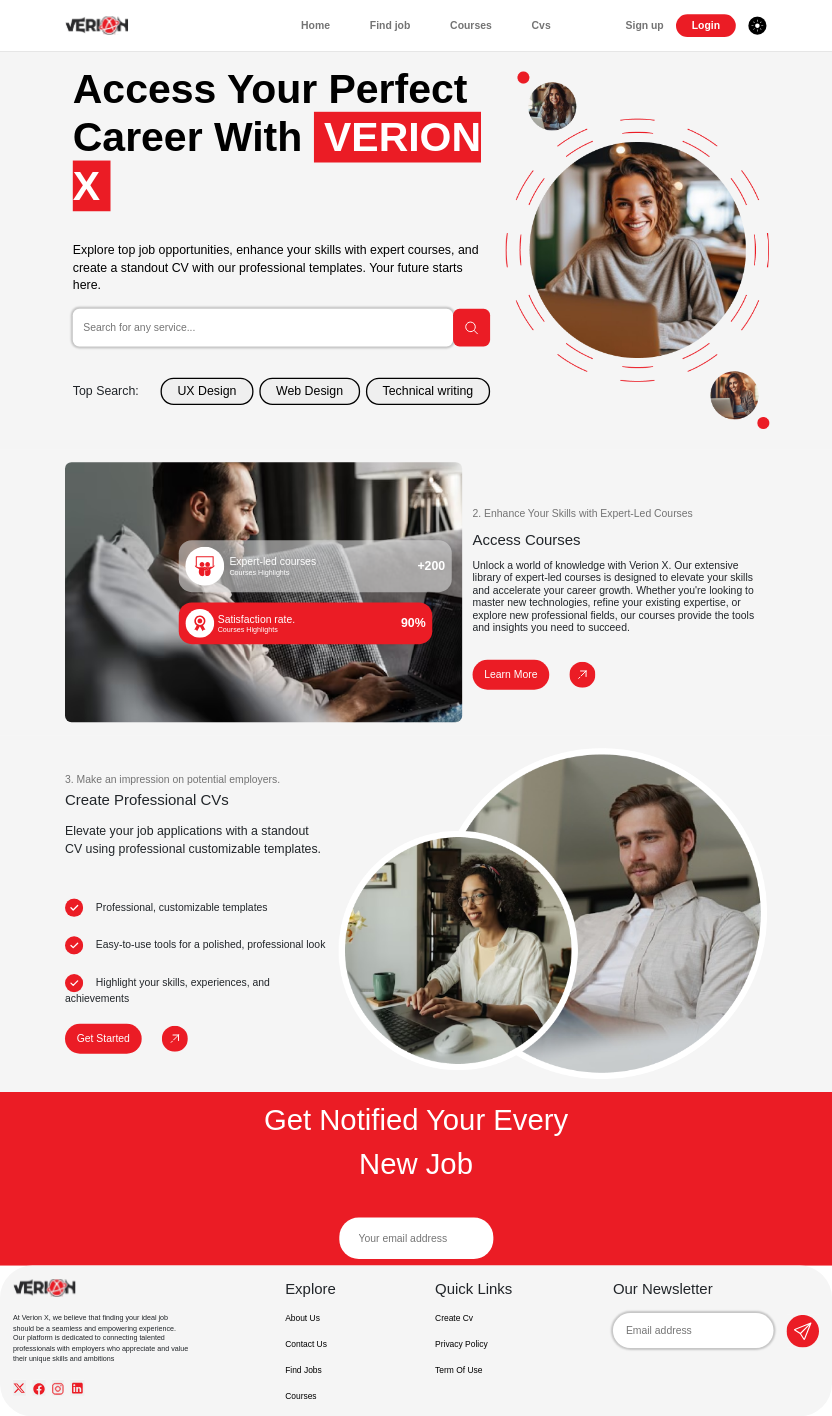
Repository: SahMenz/verionX
Page: /
These files come from the project's save history. The page is drawn as it stood at one moment and after the next save; the edit follows.
The browser window is 1280 px wide. The pictures show the whole page, at 65% of full size.
The project was rebuilt for these pictures with package versions that can differ from the ones it lists, and the page was loaded fresh each time. Also part of the build but not shown: vite.config.js.

Above is the page before, as saved 2024-06-16 17:42:11.

### src/App.jsx
import './App.css'
import Home from './components/home/home'
import 'bootstrap/dist/css/bootstrap.min.css';

function App() {

  return (
    <>
      <div>
          <Home />
      </div>
    </>
  )
}

export default App

### src/index.css
button{
    outline: none;
    border: none;
  }

  input{
    border: none;
    outline: none;
}

### src/App.css
*, *::before, *::after{
  padding: 0px;
  margin: 0px;
  box-sizing: border-box;
  font-family: "Rubik", sans-serif;
}

/* BACKGROUND COLORS */

.bg-f5{
  background-color: #F5F5F5;
}
.bg-eb{
  background-color: #EB1C25;
}
.bg-ff{
  background-color: #fff;
}
.bg-d9{
  background-color: #D9D9D9;
}
.bg-00{
  background-color: #000;
}


/* FONT SIZES */

.txt-11{
  font-size: 11px;
}
.txt-13{
  font-size: 13px;
}
.txt-16{
  font-size: 16px;
}
.txt-19{
  font-size: 19px;
}
.txt-23{
  font-size: 23px;
}
.txt-45{
  font-size: 45px;
}
.txt-63{
  font-size: 63px;
}


/* TEXT COLOR */

.txt-eb{
  color:#EB1C25
}
.txt-f3{
  color: #737373
}
.txt-ff{
  color:#fff
}
.txt-00{
  color: #000;
}


/* FONT WEIGHT */

.fw-400{
  font-weight: 400;
}
.fw-500{
  font-weight: 500;
}
.fw-600{
  font-weight: 600;
}


/* LINE HEIGHT */

.lh-19{
  line-height: 19.2px;
}
.lh-75{
  line-height: 55.6px;
}
.lh-26{
  line-height: 26.38px;
}
.lh-22{
  line-height: 22.8px;
}
.lh-27{
  line-height: 27.6px;
}
.lh-15{
  line-height: 15.89px;
}
.lh-13{
  line-height: 13.2px;
}
.lh-54{
  line-height: 54px;
}
.lh-34{
  line-height: 34.5px;
}
.lh-67{
  line-height: 67.5px;
}
.lh-32{
  line-height: 32.2px;
}
.lh-18{
  line-height: 18.96px;
}

### src/components/home/home.jsx
import Footer from "../footer/footer"
import Navigation from "../navigation/navigation"
import AccessCourses from "./accessCourses/accessCourses"
import CreateProfessionalCv from "./createProfessionalCv/createProfessionalCv"
import GetNotified from "./getNotified/getNotified"
import Hero from "./hero/hero"

function Home() {
  return (
    <div >
        <Navigation />
        <Hero />
        <AccessCourses />
        <CreateProfessionalCv />
        <GetNotified />
        <Footer />
    </div>
  )
}

export default Home

### src/components/footer/footer.jsx
import logo from '../../assets/images/logo.svg';
import CustomSvg from '../customSvg/customSvg';
import './footer.css';

function Footer() {
  return (
    <div className='d-flex bg-f5 justify-content-between footerGeneral gap-5' style={{borderRadius:"50px"}}>
        <div className='d-flex flex-column' style={{width:"272px", height:"166px"}}>
            <img  src={logo} style={{width:"97.2px"}}/>
            <div className='fw-400 lh-15 txt-11 py-4'>
                At Verion X, we believe that finding your ideal job should be a
                seamless and empowering experience. Our platform is dedicated to connecting talented
                professionals with employers who appreciate and value their unique skills and ambitions
            </div>
            <div className='d-flex align-items-center justify-content-between' style={{width:"110px"}}>
                <button><CustomSvg name="x"/></button>
                <button><CustomSvg name="facebook"/></button>
                <button><CustomSvg name="insta"/></button>
                <button><CustomSvg name="linkedin"/></button>
            </div>
        </div>
        <div className='d-flex flex-column justify-content-between' style={{width:"84px", height:"192px"}}>
            <div className='fw-500 txt-23 lh-32'>Explore</div>
            <a href="#" className='txt-00 fw-400 txt-13 lh-18 text-decoration-none'>About Us</a>
            <a href="#" className='txt-00 fw-400 txt-13 lh-18 text-decoration-none'>Contact Us</a>
            <a href="#" className='txt-00 fw-400 txt-13 lh-18 text-decoration-none'>Find Jobs</a>
            <a href="#" className='txt-00 fw-400 txt-13 lh-18 text-decoration-none'>Courses</a>
        </div>
        <div className='d-flex flex-column justify-content-between' style={{width:"127px", height:"152px"}}>
            <div className='fw-500 txt-23 lh-32'>Quick Links</div>
            <a href="#" className='txt-00 fw-400 txt-13 lh-18 text-decoration-none'>Create Cv</a>
            <a href="#" className='txt-00 fw-400 txt-13 lh-18 text-decoration-none'>Privacy Policy</a>
            <a href="#" className='txt-00 fw-400 txt-13 lh-18 text-decoration-none'>Term Of Use</a>
        </div>
        <div className='d-flex flex-column justify-content-between' style={{height:"107px"}}>
            <div className='fw-500 txt-23 lh-32'>Our Newsletter</div>
            <div>
                <input  type='text' placeholder='Email address' style={{marginRight:"20px",borderRadius:"30px", padding:"15px 20px", boxShadow: "0px 0px 3px 3px rgba(0, 0, 0, 0.2)"}}/>
                <button className='bg-f5'><CustomSvg name="telegram"/></button>
            </div>
        </div>
    </div>
  )
}

export default Footer

### src/components/navigation/navigation.jsx
import logo from '../../assets/images/logo.svg'
import CustomSvg from '../customSvg/customSvg'
import './navigation.css'


function Navigation() {

  return (
    <div className="d-flex justify-content-between navContainer">
        <img src={logo} alt="" />
        <div className='d-none d-lg-flex navigationLink justify-content-between align-items-center'>
          <div className='d-flex justify-content-between align-items-center links'>
            <a href="#" className='small-txt lh-19 fw-600 text-decoration-none txt-f3'>Home</a>
            <a href="#" className='small-txt lh-19 fw-600 text-decoration-none txt-f3'>Find job</a>
            <a href="#" className='small-txt lh-19 fw-600 text-decoration-none txt-f3'>Courses</a>
            <a href="#" className='small-txt lh-19 fw-600 text-decoration-none txt-f3'>Cvs</a>
          </div>
          <div className='d-flex justify-content-between align-items-center switchmode'>
            <a href="#" className='small-txt lh-19 fw-600 text-decoration-none txt-f3'>Sign up</a>
            <a href="#" className='small-txt lh-19 fw-600 text-decoration-none txt-ff bg-eb px-4 py-2 rounded-5'>Login</a>
            <button className='bg-ff'><CustomSvg name="switchModes"/></button>
          </div>
        </div>
        <div className=' d-lg-none cursor-pointer' style={{width: "40px", height: "40px", display: 'flex', flexDirection: 'column', alignItems: "center", justifyContent: "center", gap: "5px"}}>
          <div style={{width : "30px", height:"3px", backgroundColor : 'black' }}></div>
          <div style={{width : "30px", height:"3px", backgroundColor : 'black' }}></div>
          <div style={{width : "30px", height:"3px", backgroundColor : 'black' }}></div>
        </div>
    </div>
  )
}

export default Navigation

### src/components/home/accessCourses/accessCourses.jsx
import CustomSvg from "../../customSvg/customSvg";
import './accessCourses.css';

function AccessCourses() {
  return (
    <div className="d-flex flex-column bg-f5 flex-xl-row accessGeneral  align-items-center">
        <div className="manPressingLaptop" style={{maxWidth:"611px", position:"relative"}}>
            <div className="imagetext d-none d-lg-block" style={{position:"absolute"}}>
                <div className="d-flex align-items-center opacebackground justify-content-between mb-3" style={{padding:"10px", borderRadius:"20px", maxWidth:"455px"}}>
                    <CustomSvg name="expertLedCourses"/>
                    <div className="d-flex ps-2 justify-content-between align-items-center" style={{width:"340px"}}>
                        <div className="d-flex flex-column" >
                            <div className="txt-ff fw-500 txt-16 lh-19">Expert-led courses</div>
                            <div className="txt-11 txt-ff fw-500 lh-13">Courses Highlights</div>
                        </div>
                        <div className="fw-600 txt-19 lh-22 txt-ff">+200</div>
                    </div>
                </div>
                <div className="bg-eb d-flex align-items-center justify-content-between" style={{padding:"10px", borderRadius:"20px", maxWidth:"390px"}}>
                    <CustomSvg name="satisfactionrate"/>
                    <div className="d-flex justify-content-between align-items-center" style={{width:"320px"}}>
                        <div className="d-flex flex-column" >
                            <div className="txt-ff fw-500 txt-16 lh-19">Satisfaction rate.</div>
                            <div className="txt-11 txt-ff fw-500 lh-13">Courses Highlights</div>
                        </div>
                        <div className="fw-600 txt-19 lh-22 txt-ff">90%</div>
                    </div>
                </div>
            </div>
        </div>
        <div className=" ms-xl-3"  style={{maxWidth:"576px"}}>
            <p className="txt-f3 fw-500 lh-19 enhance" style={{maxWidth:"370px"}}>2. Enhance Your Skills with Expert-Led Courses</p>
            <p className="fw-500 lh-27 access" style={{maxWidth:"300px"}}>Access Courses</p>
            <p className="fw-400 lh-19 pb-4 unlock" style={{maxWidth:"576px"}}>
                Unlock a world of knowledge with Verion X. Our extensive library of expert-led courses is designed to elevate your skills and accelerate your career growth. Whether you&apos;re looking to master new technologies, refine your existing expertise, or explore new professional fields, our courses provide the tools and insights you need to succeed.
            </p>
            <div className="d-flex align-items-center justify-content-between" style={{width:"189px"}}>
                <button className="bg-eb txt-ff" style={{padding:"11px 18px", borderRadius:"30px"}}>Learn More</button>
                <CustomSvg name="arrowTopRight" className=""/>
            </div>
        </div>
    </div>
  )
}

export default AccessCourses

### src/components/home/createProfessionalCv/createProfessionalCv.jsx
import createProfessionalImage from '../../../assets/images/createProfessionalImage.png';
import CustomSvg from '../../customSvg/customSvg';
import './createProfessionalCv.css';

function CreateProfessionalCv() {
  return (
    <div className='d-flex flex-column createGeneral bg-f5 flex-xl-row align-items-center'>
        <div style={{maxWidth:"507px"}}>
            <div className='fw-500 lh-19 txt-16 txt-f3 adjustText' style={{margin:"0px 0px 8px 0px"}}>3. Make an impression on potential employers.</div>
            <div className='fw-500 lh-27 txt-23 adjust23' style={{margin:"0px 0px 20px 0px"}}>Create Professional CVs</div>
            <div className='fw-400 txt-19 lh-23 adjust19' style={{margin:"0px 0px 60px 0px"}}>Elevate your job applications with a standout CV using professional customizable templates.</div>
            <div className='fw-400 txt-16 lh-19 adjustText' style={{marginBottom:"29px"}}><CustomSvg name="createProfessionalTick"/> <span style={{marginLeft:"15px"}}>Professional, customizable templates</span></div>
            <div className='fw-400 txt-16 lh-19 adjustText' style={{marginBottom:"29px"}}><CustomSvg name="createProfessionalTick"/> <span style={{marginLeft:"15px"}}>Easy-to-use tools for a polished, professional look</span></div>
            <div className='fw-400 txt-16 lh-19 adjustText' style={{marginBottom:"29px"}}><CustomSvg name="createProfessionalTick"/> <span style={{marginLeft:"15px"}}>Highlight your skills, experiences, and achievements</span></div>
            <div className="d-flex align-items-center justify-content-between" style={{width:"189px"}}>
                <button className="bg-eb txt-ff" style={{padding:"11px 18px", borderRadius:"30px"}}>Get Started</button>
                <CustomSvg name="arrowTopRight" className=""/>
            </div>
        </div>
        <img src={createProfessionalImage} className='mt-5 mt-xl-0 mixedImage ms-xl-3' style={{maxWidth:"659px"}}/>
    </div>
  )
}

export default CreateProfessionalCv

### src/components/home/getNotified/getNotified.jsx
import './getNotified.css';

function GetNotified() {
  return (
    <div>
        <div className="bg-eb d-flex flex-column justify-content-between getGeneral text-center">
            <div className="fw-500 txt-ff txt-45 xl-lh-54 getNotified text-center">Get Notified Your Every New Job </div>
            <input type="text" placeholder="Your email address" className='inputText mt-5' style={{borderRadius:"30px", padding:"20px 0px 20px 30px", maxWidth:"652px"}}/>
        </div>
        <div></div>
    </div>
  )
}

export default GetNotified

### src/components/home/hero/hero.jsx
import accesYourPerfectImage from '../../../assets/images/accesYourPerfectImage.png';
import CustomSvg from '../../customSvg/customSvg';
import './hero.css';

function Hero() {
  return (
    <div className='bg-f5 heroGeneral d-flex flex-column flex-xl-row justify-content-center justify-content-between align-items-center' style={{}}>
        <div style={{maxWidth:"733px"}} className=' textcontainer mb-5 mx-xxl-1 px-xxl-0 d-flex flex-column container '>
            <div className='txt-63 lh-75 txt-ff fw-600 txt-00 largeTxt mb-5' >Access Your Perfect Career With <span className='bg-eb fw-600 txt-ff py-1 px-3'>VERION X</span></div>
            <div className='txt-00 lh-26 mb-4 exploretxt' style={{maxWidth:"630px"}}>
                Explore top job opportunities, enhance your skills with expert courses, and create a standout CV with our professional templates. Your future starts here.
            </div>
            <div className="d-flex">
                <input type="text" className='p-3 container mb-xl-5' placeholder="Search for any service..."  style={{borderRadius:"10px", boxShadow: "0px 0px 3px 3px rgba(0, 0, 0, 0.2)"}} />
                <button className="bg-eb p-3 mb-xl-5" style={{borderRadius:"10px", border:"none"}}><CustomSvg name="search"/></button>
            </div>
            <div className='d-none d-xl-flex align-items-center justify-content-between'style={{width:"642px"}} >
                <div className='txt-19 lh-26 txt-500'>Top Search:</div>
                <div className='d-flex align-items-center justify-content-between' style={{width:"507px"}}>
                    <button style={{borderRadius:"20px",border: "2px solid black"}}><div className='px-4 py-2 txt-19 lh-22 txt-500'>UX Design</div></button>
                    <button style={{borderRadius:"20px",border: "2px solid black"}}><div className='px-4 py-2 txt-19 lh-22 txt-500'>Web Design</div></button>
                    <button style={{borderRadius:"20px",border: "2px solid black"}}><div className='px-4 py-2 txt-19 lh-22 txt-500'>Technical writing</div></button>
                </div>
            </div>
        </div>
        <img src={accesYourPerfectImage} className='container mx-xxl-1 px-xxl-0' style={{Width:"65vw", maxWidth:"430px"}} alt="three images" />
    </div>
  )
}

export default Hero

### src/components/footer/footer.css
.footerGeneral{
    padding: 20px 20px;
    flex-wrap: wrap
}

@media (min-width:1400px){
    .footerGeneral{
        padding: 64px 109px
    }
}

### src/components/navigation/navigation.css
.navContainer{
    padding: 22px 100px;
    box-shadow: 0px 10px 10px 10px rgba(0, 0, 0, 0.2);
}

.navigationLink{
    width: 56vw;
    min-width: 600px;
    max-width: 888px;
}
.links{
    width: 30vw;
    min-width: 300px;
    max-width: 482px;
}
.switchmode{
    width: 17vw;
    min-width: 200px;
    max-width: 254px;
}
@media screen and (min-width:325px) and (max-width:988px) {
    .navContainer{
        padding: 18px 60px;
    }
}

### src/components/home/accessCourses/accessCourses.css
.accessGeneral{
    padding: 10px 20px;
}
.enhance{
    font-size: 4vw;
    margin-top: 20px;
}
.access{
    font-size: 6vw;
}
.unlock{
    font-size: 4vw;
}
.opacebackground{
    background-color:rgba(217, 217, 217, 0.6);
}
.manPressingLaptop{
    background-image: url('../../../assets/images/accessCoursesImage.png');
    background-size: cover;
    border-Radius: 10px;
    background-position: center;
    height: 400px;
    width: 65vw;
    background-size: cover;
    background-position: center;
}
.imagetext{
    position: absolute;
    top: 50%;
    left: 63%;
    transform: translate(-50%, -50%);
}

@media (min-width: 478px) {
    .enhance{
        font-size: 3vw;
    }
    .access{
        font-size: 5vw;
    }
    .unlock{
        font-size: 3vw;
    }
}
@media (min-width: 665px) {
    .enhance{
      font-size: 2.5vw;
    }
    .access{
      font-size:4.5vw;
    }
    .unlock{
        font-size: 2.5vw;
    }
}
@media (min-width:730px){
    .accessGeneral{
      padding: 20px 100px;
    }
    .enhance{
        font-size: 16px;
      }
      .access{
        font-size:23px;
      }
      .unlock{
          font-size: 16px;
      }
  }
  @media (min-width:1400px){
    .accessGeneral{
        justify-content: space-between!important;
    }
  }

### src/components/home/createProfessionalCv/createProfessionalCv.css
.createGeneral{
    padding: 10px 20px;
}
.mixedImage{
    width: 85vw;
}
.adjustText{
    font-size: 4vw;
}
.adjust19{
    font-size: 5vw;
}
.adjust23{
    font-size: 6vw;
}
@media (min-width: 478px) {
    .adjustText{
        font-size: 3.5vw;
    }
    .adjust19{
        font-size: 4.5vw;
    }
    .adjust23{
        font-size: 5.5vw;
    }
}
@media (min-width: 560px) {
    .adjustText{
        font-size: 3vw;
    }
    .adjust19{
        font-size: 4vw;
    }
    .adjust23{
        font-size: 5vw;
    }
}
@media (min-width:630px){
    .createGeneral{
        padding: 20px 100px;
    }
    .adjustText{
        font-size: 16px;
    }
    .adjust19{
        font-size: 19px;
    }
    .adjust23{
        font-size: 23px;
    }
}
@media (min-width:1400px){
    .createGeneral{
        justify-content: space-between;
    }
}

### src/components/home/getNotified/getNotified.css
.getNotified{
    font-size: 6vw;
    max-width: 564px;
}
.getGeneral{
    padding: 10px 30px;
    align-items: center;
}

@media (min-width:400px) {
    .getNotified{
        font-size: 5.5vw;
    }
}
@media (min-width:919px) {
    .getNotified{
        font-size: 45px;
    }
}

### src/components/home/hero/hero.css
  .largeTxt{
    font-size: 10vw;
  }
  .exploretxt{
    font-size: 4vw;
  }
  .heroGeneral{
    padding: 10px 20px;
  }
  @media (min-width: 478px) {
    .largeTxt{
      line-height: 75px;
    }
    .exploretxt{
      font-size: 3vw;
    }
  }
  @media (min-width: 632px) {
    .largeTxt{
      font-size: 9vw;
    }
    .exploretxt{
      font-size:2.5vw;
    }
  }
  @media (min-width:730px){
    .largeTxt{
      font-size: 63px;
    }
    .exploretxt{
      font-size: 19px;
    }
    .heroGeneral{
      padding: 20px 100px;
    }
  }
  @media(min-width:1400){
    .heroGeneral{
      justify-content: space-between;
    }
  }

Loaded but not shown: src/main.jsx (common file); src/components/customSvg/customSvg.jsx (186 lines, source omitted)

After the next save:
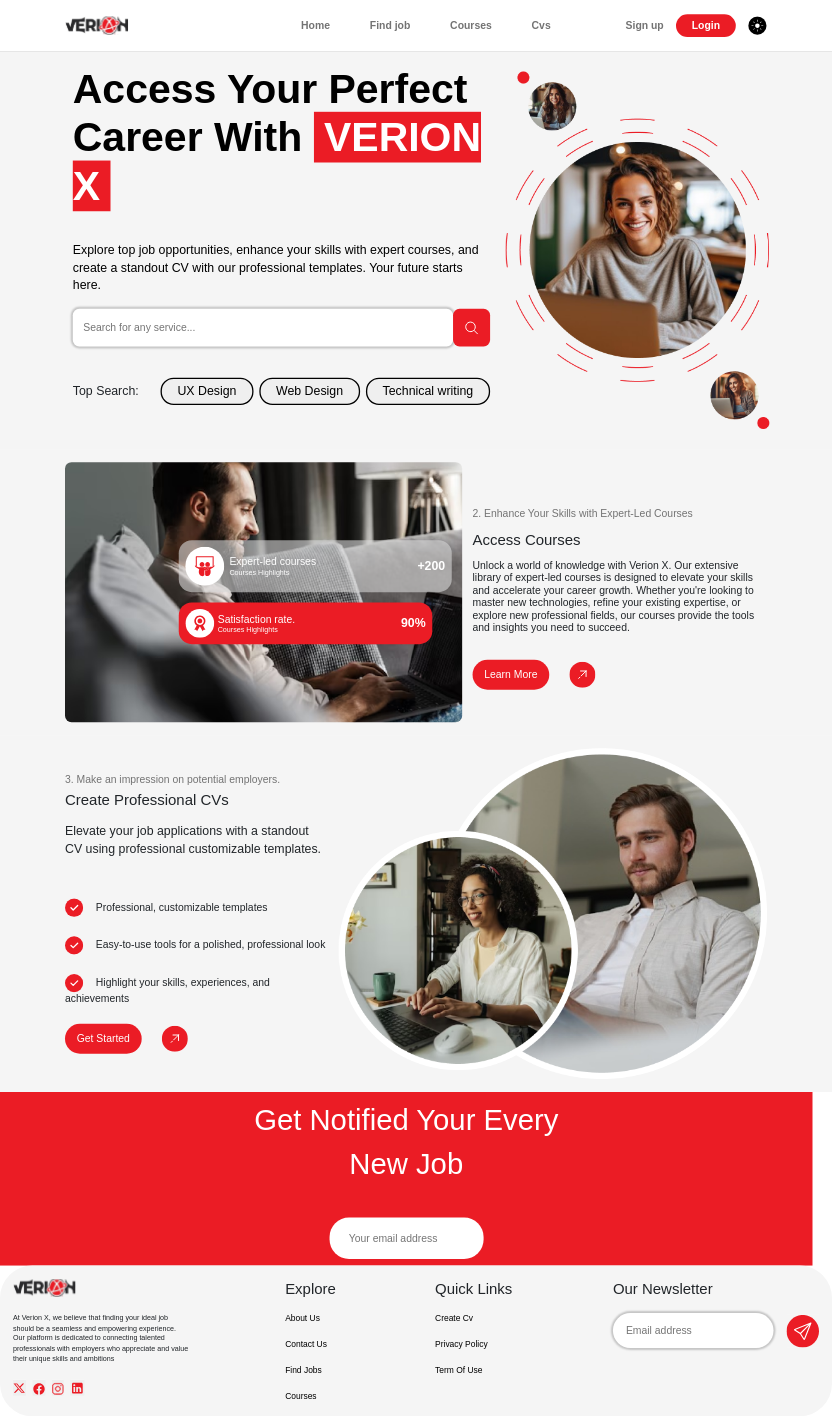
Saved 85 s later.
--- a/src/components/home/getNotified/getNotified.css
+++ b/src/components/home/getNotified/getNotified.css
@@ -5,6 +5,7 @@
 .getGeneral{
     padding: 10px 30px;
     align-items: center;
+    max-width: 1250px;
 }
 
 @media (min-width:400px) {
